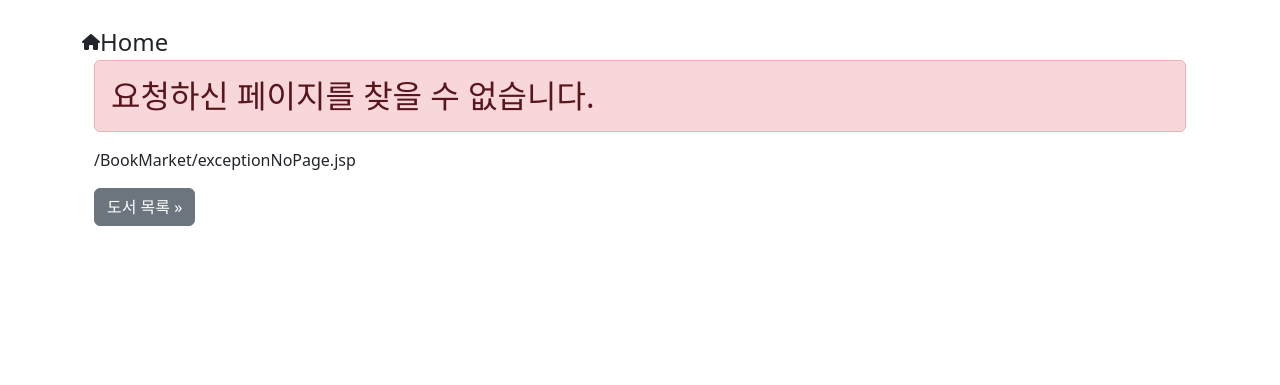
Repository: byeolchorong/ITedunet
Page: http://localhost/BookMarket/exceptionNoPage.jsp
These files come from the project's save history. The page is drawn as it stood at one moment and after the next save; the edit follows.
The browser window is 1280 px wide. The pictures show the whole page.
Some web libraries are served in a nearby version. The page is served by Tomcat 9.

Above is the page before, as saved 2025-05-29 08:10:23.

After the next save:
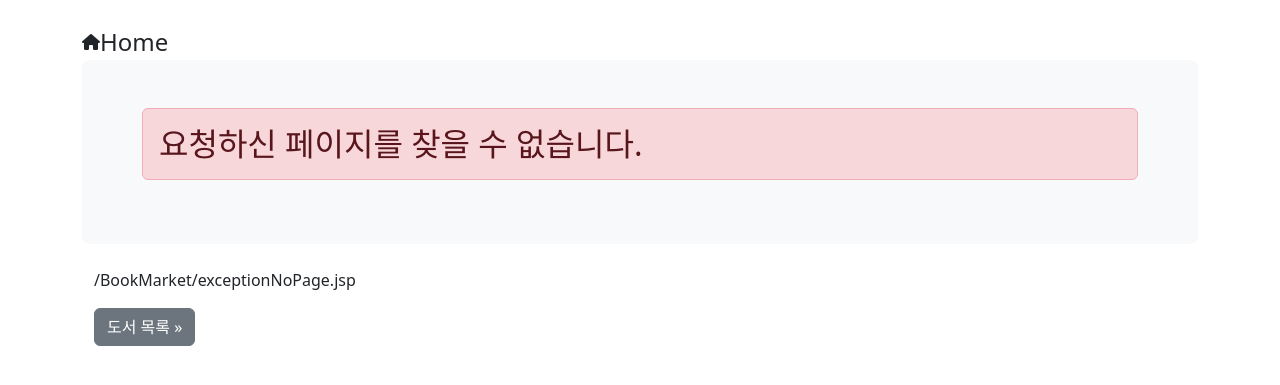
Saved 28 s later.
--- a/JSP/BookMarket/src/main/webapp/exceptionNoPage.jsp
+++ b/JSP/BookMarket/src/main/webapp/exceptionNoPage.jsp
@@ -12,7 +12,7 @@
 <body>
 <div class="container py-4">
 	<jsp:include page="menu.jsp"/>
-	<div class="jumbotron">
+	<div class="p-5 mb-4 bg-light rounded-3">
 		<div class="container">
 			<h2 class="alert alert-danger">요청하신 페이지를 찾을 수 없습니다. </h2>
 		</div>
